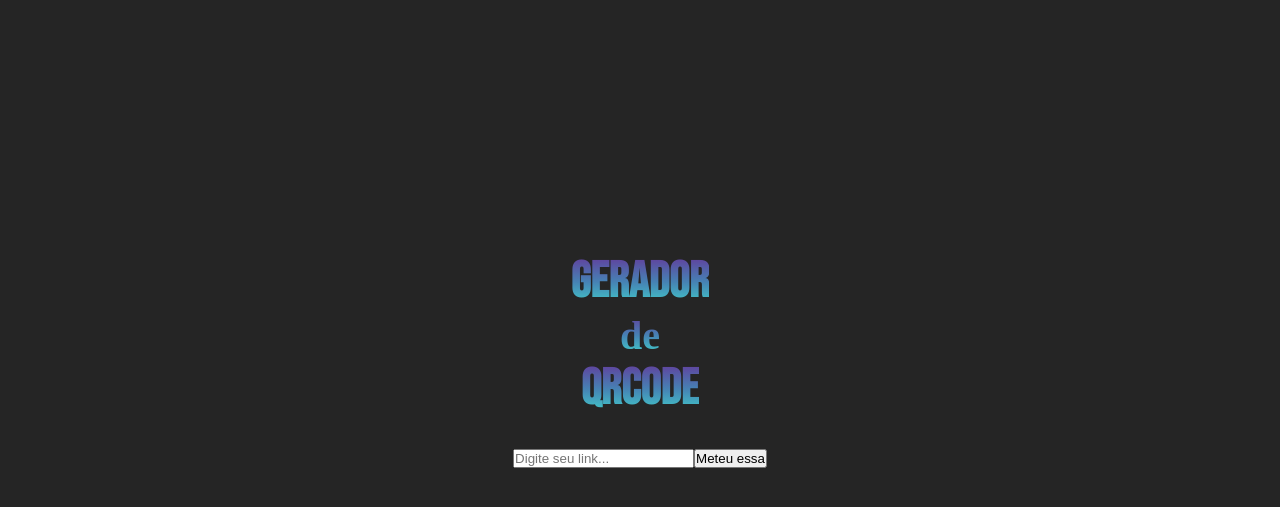
Repository: odiloalmeida/qrcode-generator
Page: /
These files come from the project's save history. The page is drawn as it stood at one moment and after the next save; the edit follows.
The browser window is 1280 px wide. The pictures show the whole page.
The project was rebuilt for these pictures with package versions that can differ from the ones it lists, and the page was loaded fresh each time. Also part of the build but not shown: vite.config.js.

Above is the page before, as saved 2022-11-22 19:03:56.

After the next save:
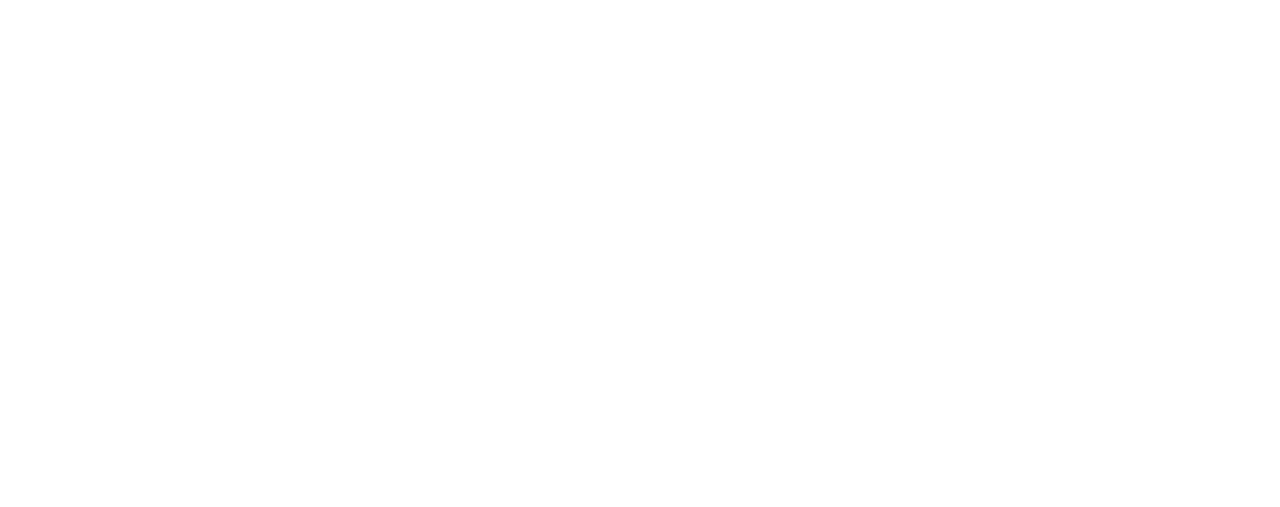
Console error: ReferenceError: GeraQRCode is not defined
Saved 2 min 24 s later.
--- a/src/App.jsx
+++ b/src/App.jsx
@@ -1,13 +1,6 @@
 import './App.css'
 
 function App() {
-
-  function GeraQRCode(){
-    const conteudo = document.getElementById('conteudoQRCode').value;
-    const GoogleCharts = 'https://chart.googleapis.com/chart?chs=500x500&cht=qr&chl=';
-    const imagemQRCode = GoogleCharts + conteudo;
-    document.getElementById('imageQRCode').src = imagemQRCode;
-  }
 
   return (
     <div className="App">
@@ -17,7 +10,8 @@
         <h1>QrCode</h1>
         <img
         id='imageQRCode'
-        src=''/>
+        src='httpschart.googleapis.comchartchs=500×500&cht=qr&chl='/>
+
         <form onSubmit={GeraQRCode}>
           <input
           id='conteudoQRCode'

After the 3 saves that followed:
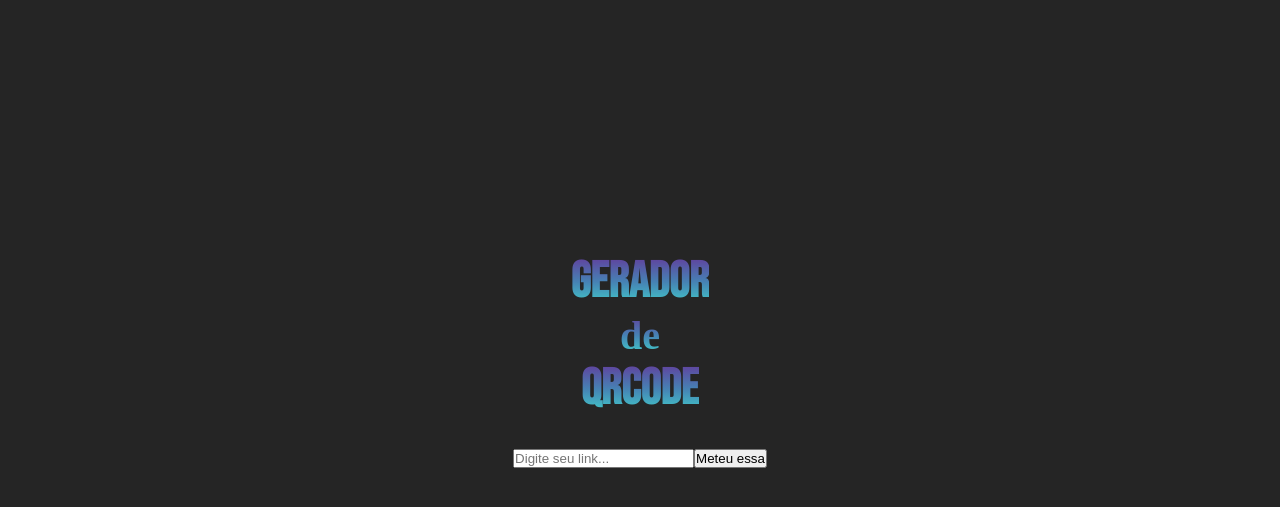
The error is gone.
The 3 saves are shown as one change because 2 left the picture as it was.
The last was saved 3 min 21 s later.
--- a/src/App.jsx
+++ b/src/App.jsx
@@ -1,6 +1,9 @@
 import './App.css'
 
 function App() {
+
+
+
 
   return (
     <div className="App">
@@ -10,9 +13,9 @@
         <h1>QrCode</h1>
         <img
         id='imageQRCode'
-        src='httpschart.googleapis.comchartchs=500×500&cht=qr&chl='/>
+        src=''/>
 
-        <form onSubmit={GeraQRCode}>
+        <form onSubmit=''>
           <input
           id='conteudoQRCode'
           className='input'
